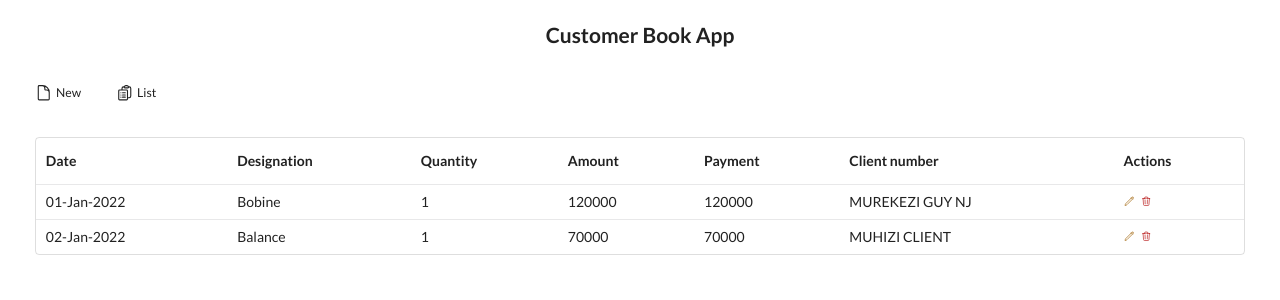
Repository: higirobruce/customerbookapp
Page: /
An editor plug-in stored every save of this project. The page is shown before and after the next save, followed by the edit.
The browser window is 1280 px wide. The pictures show the whole page.
The project was rebuilt for these pictures with package versions that can differ from the ones it lists, and the page was loaded fresh each time. The framework's server and built-in components were replaced by stand-ins that run in the browser. Also part of the build but not shown: next.config.js, components/layout/sidebar.js.

Above is the page before, as saved 2022-11-24 19:36:56.

After the next save:
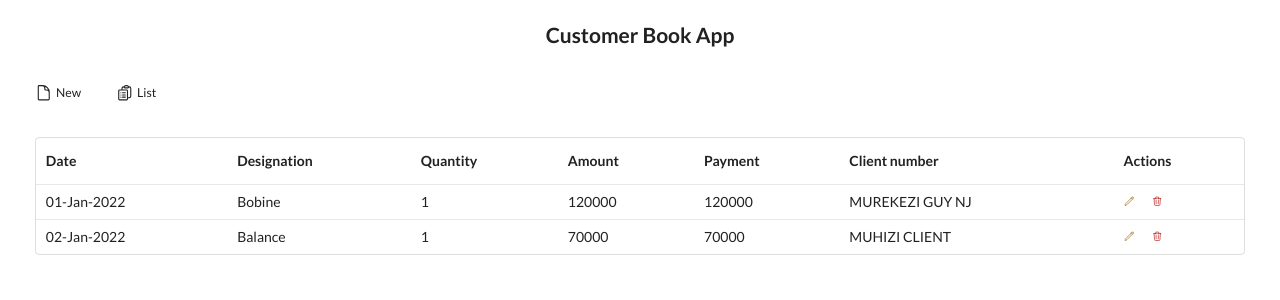
Saved 10 s later.
--- a/components/common/records.js
+++ b/components/common/records.js
@@ -29,7 +29,7 @@ export default function RecordsTable({ data }) {
             <Table.Cell>{$.payment}</Table.Cell>
             <Table.Cell>{$.client}</Table.Cell>
             <Table.Cell>
-                <div className="flex flex-row space-x-2">
+                <div className="flex flex-row space-x-5">
                    <PencilIcon className="h-3 w-3 text-yellow-700"/>
                    <TrashIcon className="h-3 w-3 text-red-700"/>
                 </div>
